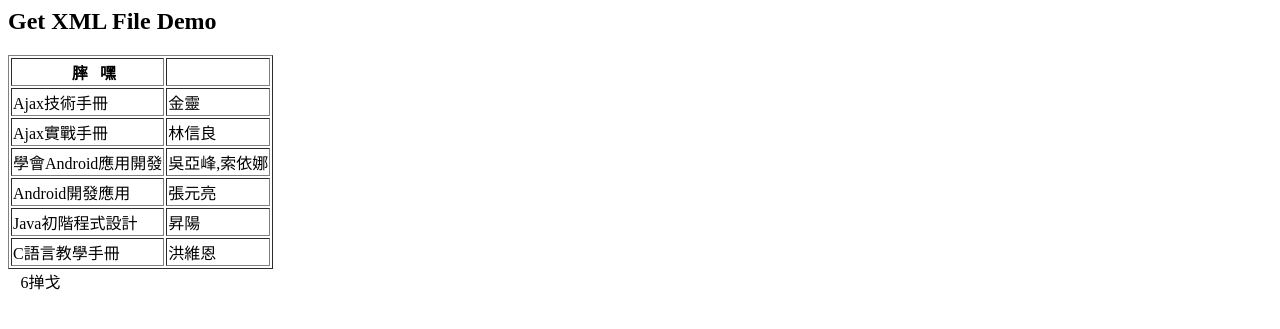
Repository: milkyeway/Ajax
Page: Ajax/src/main/webapp/m04/Fetchjson.html
An editor plug-in stored every save of this project. The page is shown before and after the next save, followed by the edit.
The browser window is 1280 px wide. The pictures show the whole page.

Above is the page before, as saved 2022-03-28 02:44:45.
Console error: TypeError: Cannot read properties of null (reading 'getElementsByTagName')

After the next save:
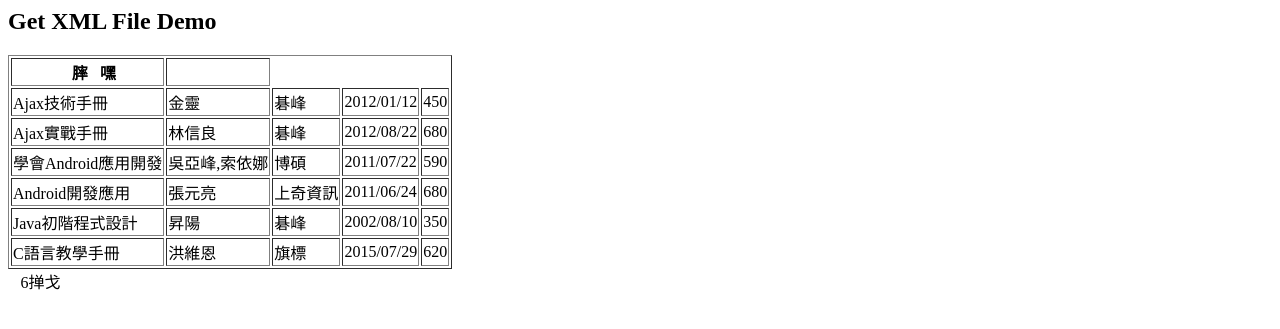
Saved 111 s later.
--- a/Ajax/src/main/webapp/m04/Fetchjson.html
+++ b/Ajax/src/main/webapp/m04/Fetchjson.html
@@ -12,6 +12,12 @@
 			txt += "<td>" + titles[0].firstChild.nodeValue;
 			authors = books[i].getElementsByTagName("author");
 			txt += "<td>" + authors[0].firstChild.nodeValue;
+			publishers = books[i].getElementsByTagName("publisher");
+			txt += "<td>" + publishers[0].firstChild.nodeValue;
+			publishDates = books[i].getElementsByTagName("publishDate");
+			txt += "<td>" + publishDates[0].firstChild.nodeValue;
+			prices = books[i].getElementsByTagName("price");
+			txt += "<td>" + prices[0].firstChild.nodeValue;
 		}
 		document.getElementById("demo").innerHTML = txt;
 		var body = document.querySelector("body");
